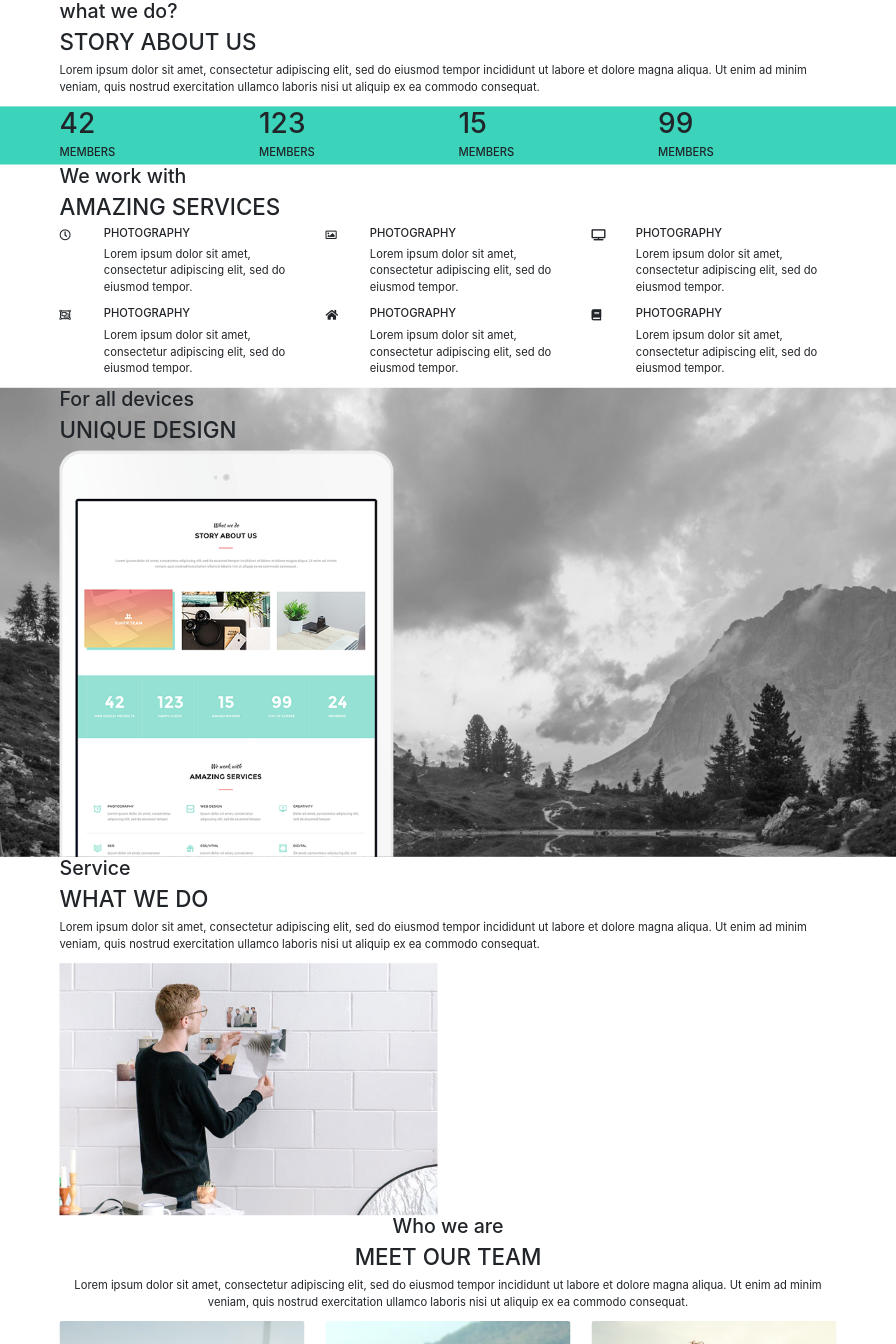
Repository: nourabdelhakam/MoGo-template
Page: index.html
An editor plug-in stored every save of this project. The page is shown before and after the next save, followed by the edit.
The browser window is 1280 px wide. The pictures show the part of the page from y = 0 to 1920 px (the page is 2547 px tall before and 2571 px after), at 70% of full size.
Some web libraries are served in a nearby version. The style sheet was rebuilt from its Sass, Less or Tailwind sources for each picture, by a compiler version that may differ from the author's.

Above is the page before, as saved 2021-02-21 20:56:25.

After the next save:
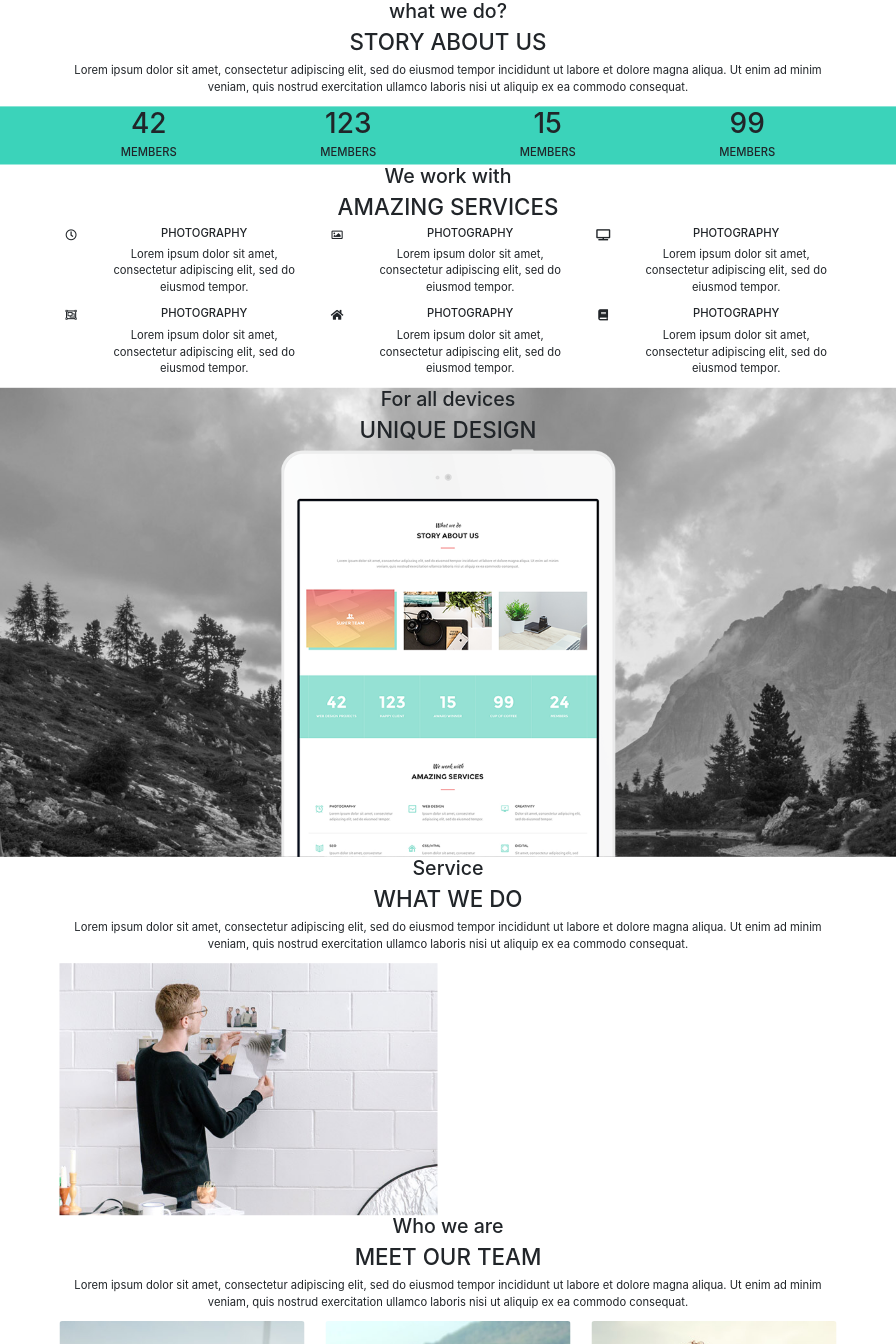
Saved 4 min 36 s later.
--- a/index.html
+++ b/index.html
@@ -10,7 +10,7 @@
 </head>
 <body>
     <!-- WHAT WE DO------------------------------------- -->
-    <section>
+    <section class="text-center">
         <div class="container">
             <h3>what we do?</h3>
             <h2>STORY ABOUT US</h2>
@@ -21,7 +21,7 @@
     <!--ENd WHAT WE DO------------------------------------- -->
 
     <!--STATISTICS------------------------------------- -->
-    <section class="statistices">
+    <section class="statistices text-center">
         <div class="container">
             <div class="row">
                 <div class="col">
@@ -46,7 +46,7 @@
     <!--END OF STATISTICS------------------------------------- -->
 
     <!-- We work with -------------------------------------------->
-    <section>
+    <section class="text-center">
         <div class="container">
             <h3>We work with</h3>
             <h2>AMAZING SERVICES</h2>
@@ -117,7 +117,7 @@
     <!-- end of We work with -------------------------------------------->
 
     <!-- For all devices------------------------------------------------- -->
-    <section class="uniqe_design">
+    <section class="uniqe_design text-center">
         <div class="container">
             <h3>For all devices</h3>
             <h2>UNIQUE DESIGN</h2>
@@ -127,7 +127,7 @@
     <!-- END OF For all devices------------------------------------------------- -->
 
     <!-- WHAT WE DO -->
-    <section>
+    <section class="text-center">
         <div class="container">
             <h3>Service</h3>
             <h2>WHAT WE DO</h2>
@@ -178,7 +178,7 @@
             </div>
         </div>
     </secstion>
-    <!--END OF  Who we are -------------------------------------------------->
+    <!--END OF  Who we are -------------------------------------------------->class="text-center"
 
     <!-- BRANDS -------------------------------------------------------------->
     <section class="brands text-center">
